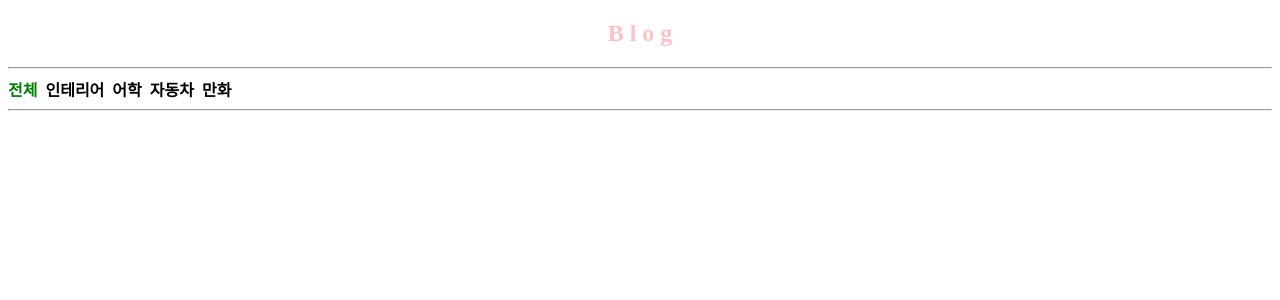
Repository: basstpgns/20201029html
Page: jsp/html/quiz04.html
These files come from the project's save history. The page is drawn as it stood at one moment and after the next save; the edit follows.
The browser window is 1280 px wide. The pictures show the whole page.

Above is the page before, as saved 2020-10-30 07:11:01.

### jsp/html/quiz04.html
<!DOCTYPE html>
<html>
<head>
<meta charset="UTF-8">
<title>Insert title here</title>
</head>
<body>
	<header>
		<div style="text-align: center;">
			<h2 style="color: pink;">B l o g</h2>
		</div>
			<hr>
			<b><font style="color: green;">전체</font>&nbsp;&nbsp;인테리어&nbsp;&nbsp;어학&nbsp;&nbsp;자동차&nbsp;&nbsp;만화</b>
			<hr>
	</header>
</body>
</html>

After the next save:
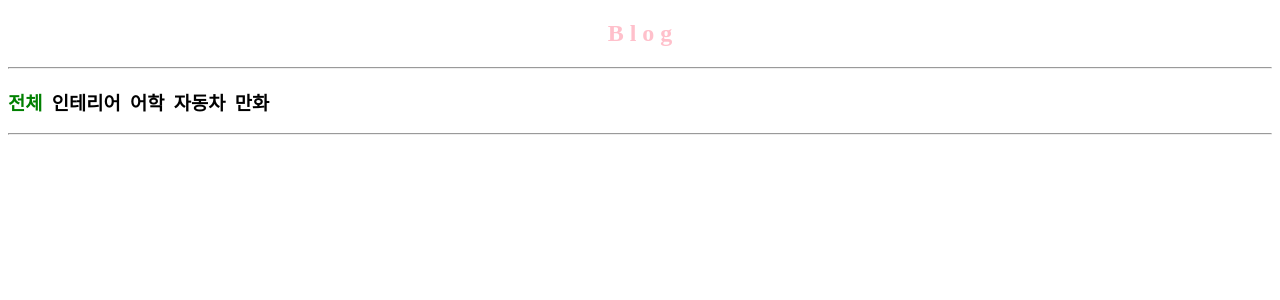
Saved 18 s later.
--- a/jsp/html/quiz04.html
+++ b/jsp/html/quiz04.html
@@ -10,7 +10,7 @@
 			<h2 style="color: pink;">B l o g</h2>
 		</div>
 			<hr>
-			<b><font style="color: green;">전체</font>&nbsp;&nbsp;인테리어&nbsp;&nbsp;어학&nbsp;&nbsp;자동차&nbsp;&nbsp;만화</b>
+			<h3><font style="color: green;">전체</font>&nbsp;&nbsp;인테리어&nbsp;&nbsp;어학&nbsp;&nbsp;자동차&nbsp;&nbsp;만화</b></h3>
 			<hr>
 	</header>
 </body>
